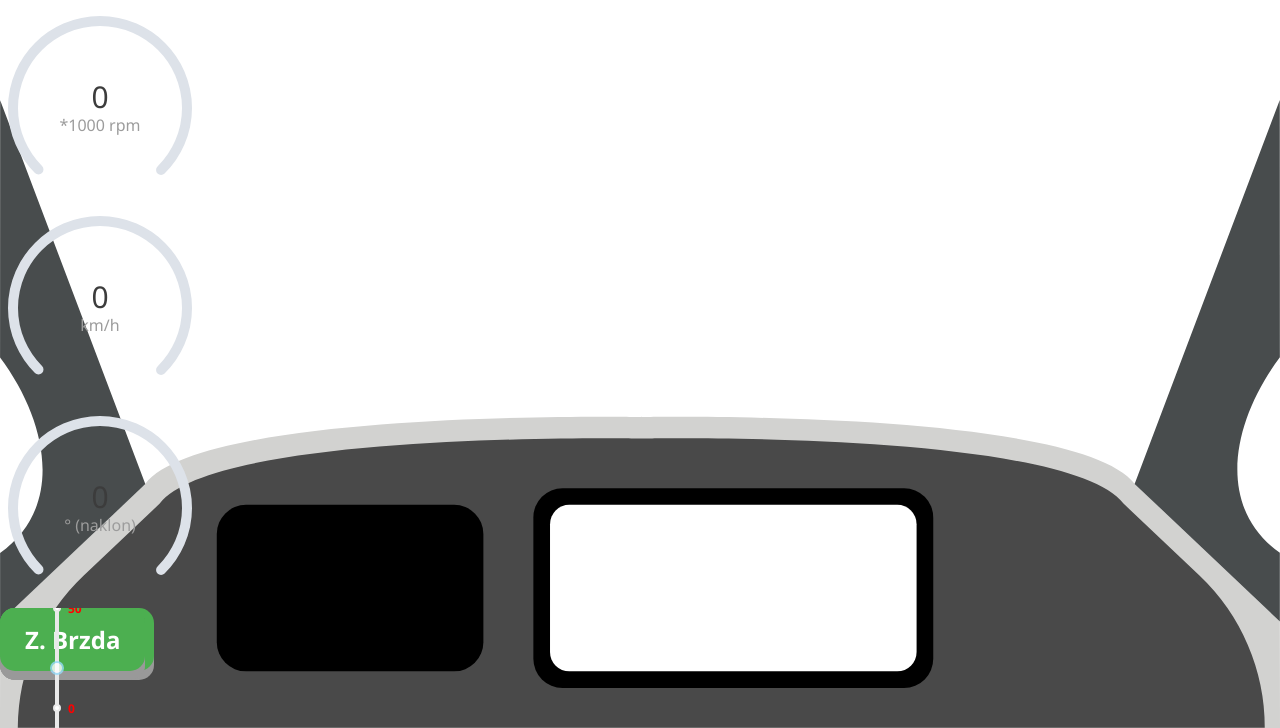
Repository: matyasvelc/train
Page: / (app in frontend/)
These files come from the project's save history. The page is drawn as it stood at one moment and after a run of saves; the edit follows.
The browser window is 1280 px wide. The pictures show the whole page.
The page's requests for data from a server got no answer. The project was rebuilt for these pictures with package versions that can differ from the ones it lists, and the page was loaded fresh each time. No one was signed in, and anything a server would have sent is missing.

Above is the page before, as saved 2022-04-04 16:26:51.

After the next 3 saves:
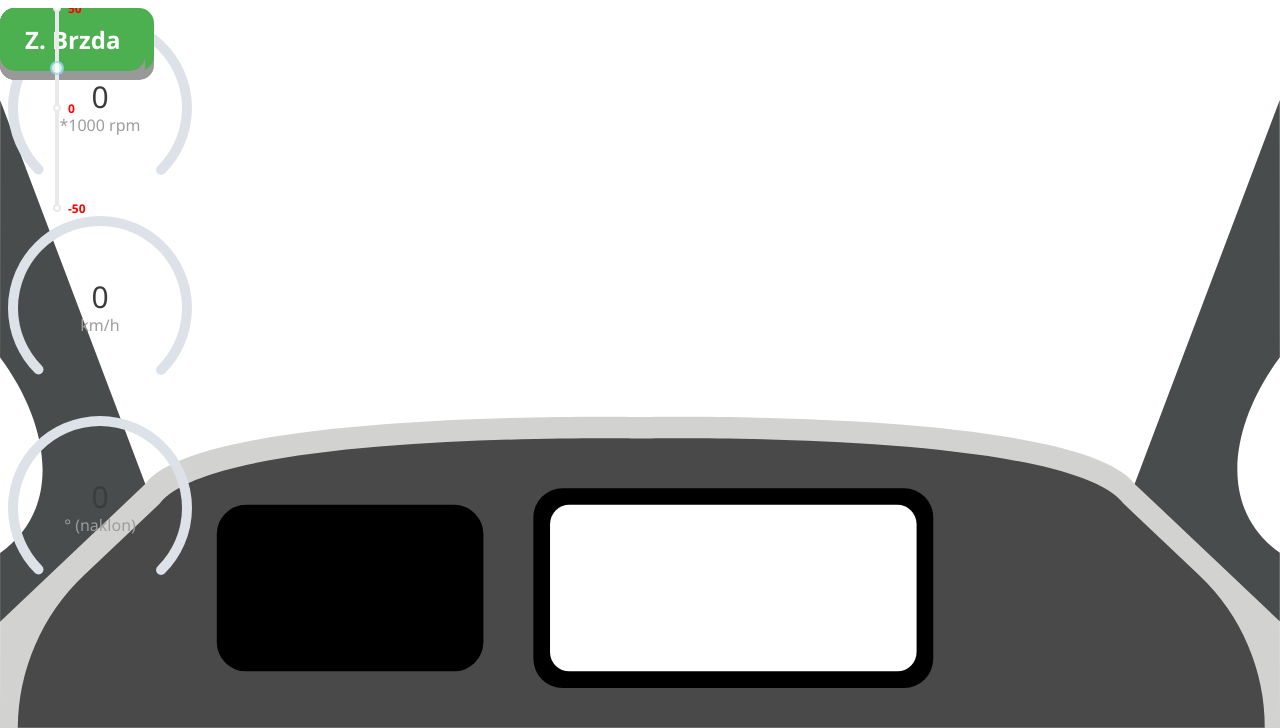
The 3 saves are shown as one change because 2 did not build or start.
The last was saved 3 min 32 s later.
--- a/frontend/src/index.js
+++ b/frontend/src/index.js
@@ -108,6 +108,7 @@ function App() {
   return (
     <div className="demo">
       <div className='vlak'>
+      <div className='budiky'>
       <Progress
         progress={rpm}
         max={4}
@@ -132,6 +133,7 @@ function App() {
         reduction={0.25}
         hideBall
         gradient={[{stop: 0.0, color: '#f6416d'}, {stop: 1, color: '#fa6d7c'}]} />
+        </div>
         <input id='svetla' class="svetla" onClick={Svetlo} checked={svetlo} type='checkbox'></input>
         <label class="button" htmlFor='svetla'>Světla</label>
         <button class="button" >Katapult</button>
--- a/frontend/src/styles.css
+++ b/frontend/src/styles.css
@@ -26,8 +26,8 @@ body {
   background-position: bottom;
   position: absolute;
 }
-.budik{
-
+.budiky{
+  position: absolute;
 }
 .button {
   font-family: 'Segoe UI', Tahoma, Geneva, Verdana, sans-serif;
